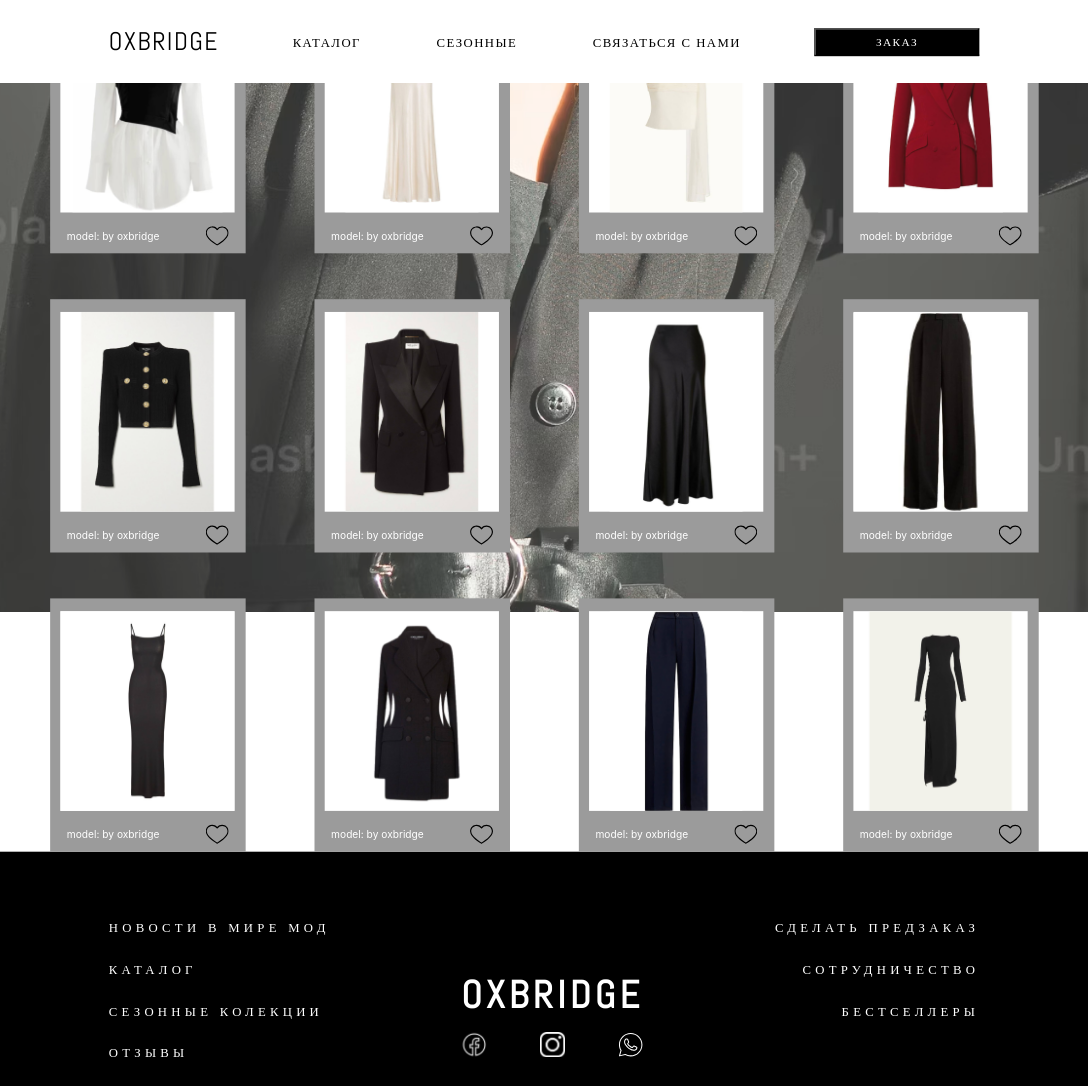
Repository: marjango/oxbridge
Page: /Catalog
The author's editor kept a copy of each file at every save. The page is drawn from the files as they stood at one save, then again after the next save.
The browser window is 1280 px wide. The pictures show the whole page, at 85% of full size.
Some web fonts or font styles are not loaded; a fallback is used. The project was rebuilt for these pictures with package versions that can differ from the ones it lists, and the page was loaded fresh each time. Also part of the build but not shown: src/components/pages/Homepage/homepage.css, src/components/pages/Homepage/homepage.jsx, src/components/pages/Seasonal/style.module.css, src/components/pages/Seasonal/Seasonal.jsx, src/components/pages/Feedback/style.module.css, src/components/pages/Feedback/Feedback.jsx, src/components/pages/Catalog/ProductPage.module.css, src/components/pages/Catalog/ProductPage.jsx.

Above is the page before, as saved 2025-01-24 13:34:55.

### src/index.js
import React from 'react';
import ReactDOM from 'react-dom/client';
import {BrowserRouter} from 'react-router-dom'
import App from './App'; // Главный компонент приложения

const root = ReactDOM.createRoot(document.getElementById('root')); // Связываем React с корневым элементом в HTML
root.render(
  <BrowserRouter>
  <App />
  </BrowserRouter>


);

### src/components/Header.jsx
import React from 'react'
import  './style.css'
import { useState } from 'react';
import {Link} from 'react-router-dom'

export default function Header() {
    const [isMenuOpen, setIsMenuOpen] = useState(false);

    const toggleMenu = () => {
        setIsMenuOpen((prevState) => !prevState);
    };
  return (
    <div>
        <header>
            <nav className='navbar'>
                <div className="container">
                <div className="burger">
                    <div className={`btnBurger ${isMenuOpen ? "open" : ""}`} onClick={toggleMenu}>
                        <span></span>
                        <span></span>
                        <span></span>
                    </div>
                    <div className={`burgerContent ${isMenuOpen ? "open" : ""}`}>
                        <ul>
                            <li>новости в мире мод</li>
                            <li>каталог</li>
                            <li>сезонные колекции</li>
                            <li>отзывы</li>
                            <li>СВЯЗАТЬСЯ С НАМИ</li>
                            <li>СЕЗОННЫЕ</li>
                        </ul>
                    </div>
                </div>

                <Link to='/' className='logo'>OXBRIDGE</Link>
                <ul>
                    <Link className='links' to='/Catalog'>КАТАЛОГ</Link>
                    <Link className='links' to='/Seasonal'>СЕЗОННЫЕ</Link>
                    <Link className='links' to='/Feedback'>СВЯЗАТЬСЯ С НАМИ</Link>
                </ul>
                <button className="navBtn">ЗАКАЗ</button>
                </div>
            </nav>

        </header>
    </div>
  )
}

### src/components/Footer.jsx
import React from 'react'
import './style.css'
import facebook from './img/Facebook.svg'
import inst from './img/Instagram.svg'
import whats from './img/WhatsApp.svg'

export default function Footer() {
  return (
    <footer>
        <div className="footerBox container">
            <div className="links">
                <p>новости в мире мод</p>
                <p>каталог</p>
                <p>сезонные колекции</p>
                <p>отзывы</p>
            </div>
            <div className="socialMedia">
                <h1>OXBRIDGE</h1>
                <div>
                <button><img src={facebook} alt="whatsapp" /></button>
                <button><img src={inst} alt="instagram" /></button>
                <button><img src={whats} alt="facebook" /></button>
                </div>
            </div>
            <div className="links links2">
                <p>сделать предзаказ</p>
                <p>сотрудничество</p>
                <p>бестселлеры</p>
            </div>
        </div>
    </footer>
  )
}

### src/components/Routes.jsx
import React from 'react'
import { Routes, Route, Navigate} from 'react-router-dom'
import Homepage from './pages/Homepage/homepage'
import Catalog from './pages/Catalog/catalog'
import Seasonal from './pages/Seasonal/Seasonal'
import Feedback from './pages/Feedback/Feedback'
import ProductPage from './pages/Catalog/ProductPage';
export default function Routers() {
  return (
        <Routes>
            <Route element={<Navigate to="/home" replace />}/>
            <Route path='/' element={<Homepage/>} />
            <Route path='/Catalog' element={<Catalog/>} />
            <Route path='/Feedback' element={<Feedback/>} />
            <Route path='/Seasonal' element={<Seasonal/>} />
            <Route path="/product/:id" element={<ProductPage />} />
            {/* <Route path='/Order' element={<Order/>} /> */}
        </Routes>
)
}

### src/components/style.css
@charset "UTF-8";
html, body {
  overflow-x: hidden;
  width: 100%;
}

* {
  font-family: "montserrat";
  font-weight: 400;
  margin: 0;
  padding: 0;
  box-sizing: border-box;
}

.container {
  width: 80%;
}

.burger {
  display: none;
}

@media (max-width: 1024px) {
  .burger {
    display: block;
  }
}
.btnBurger {
  z-index: 100;
  display: none;
  width: 50px;
  height: 50px;
  background-color: black;
  position: relative;
}
.btnBurger span {
  height: 2px;
  width: 40px;
  position: absolute;
  background-color: white;
  transition: 0.4s;
}
.btnBurger span:nth-child(3) {
  bottom: 7px;
}
.btnBurger span:nth-child(2) {
  top: 7px;
}
.btnBurger span:nth-child(1) {
  top: 50%;
  transform: translate(0, -50%);
  right: 0;
}

.burgerContent {
  position: fixed;
  top: 0;
  left: 0;
  width: 100%;
  border-top: 1px solid white;
  height: 100%;
  background-color: black;
  transform: translateY(100%);
  transition: transform 1s ease;
  display: flex;
  justify-content: center;
  align-items: center;
}
.burgerContent ul {
  list-style: none;
  padding: 0;
  text-align: center;
}
.burgerContent ul li {
  margin: 10px 0;
  font-size: 1.5rem;
  cursor: pointer;
}

.burgerContent.open {
  transform: translateY(0);
}

.btnBurger.open span:nth-child(1) {
  transform: rotate(45deg) translate(0px, 8px);
}

.btnBurger.open span:nth-child(2) {
  opacity: 0;
}

.btnBurger.open span:nth-child(3) {
  transform: rotate(-45deg) translate(9px, -5px);
}

@media (max-width: 1024px) {
  .container {
    width: 90%;
  }
  .btnBurger {
    display: block;
  }
}
#loading-screen {
  position: fixed;
  z-index: 1000;
  left: 0;
  top: 0;
  width: 100vw;
  height: 100vh;
  border-bottom: 1px white solid;
  display: flex;
  justify-content: center;
  align-items: center;
  background-color: rgb(0, 0, 0);
  animation: slideUp 1s ease-in-out 1.3s forwards; /* Анимация уходит вверх */
}

#loading-screen h1 {
  color: white;
  font-family: "Abel", sans-serif;
  font-size: 70px;
  letter-spacing: 10px;
  font-weight: 900;
}

@keyframes slideUp {
  0% {
    transform: translateY(0);
  }
  100% {
    transform: translateY(-100%);
  }
}
@keyframes fadeOut {
  0% {
    opacity: 1;
  }
  100% {
    opacity: 0;
  }
}
@keyframes fadeIn {
  0% {
    opacity: 0;
  }
  100% {
    opacity: 1;
    visibility: visible;
  }
}
header .navbar {
  position: fixed;
  width: 100%;
  background-color: white;
  top: 0;
  padding: 30px 0px;
  z-index: 100;
}
header .navbar .container {
  display: flex;
  justify-content: space-between;
  align-items: center;
  letter-spacing: 1.67px;
  margin: 0 auto;
}
header .navbar .container .logo {
  font-family: "abel";
  font-weight: 400;
  font-size: 30px;
  letter-spacing: 1.67px;
  text-decoration: none;
  color: black;
}
header .navbar .container ul {
  display: flex;
  list-style: none;
  gap: 89px;
  font-size: 15px;
  height: -moz-fit-content;
  height: fit-content;
  letter-spacing: 1.67px;
}
header .navbar .container ul .links {
  text-decoration: none;
  color: black;
  cursor: pointer;
}
@media (max-width: 1024px) {
  header .navbar .container ul {
    display: none;
  }
}
header .navbar .container button {
  background-color: black;
  color: white;
  padding: 6px 70px;
  cursor: pointer;
  letter-spacing: 1.67px;
}

footer {
  width: 100%;
  background-color: black;
  padding: 30px 0;
}
footer .footerBox {
  display: flex;
  margin: 0px auto;
  padding-top: 50px;
  justify-content: space-between;
}
footer .footerBox .links {
  text-transform: uppercase;
  color: white;
  letter-spacing: 5px;
  display: flex;
  flex-direction: column;
  gap: 30px;
  font-size: 15px;
}
footer .footerBox .socialMedia {
  margin-top: 60px;
}
footer .footerBox .socialMedia h1 {
  font-family: "abel";
  font-weight: 900;
  color: white;
  font-size: 45px;
  letter-spacing: 5px;
}
footer .footerBox .socialMedia div {
  display: flex;
  justify-content: space-between;
  margin-top: 15px;
}
footer .footerBox .socialMedia div button {
  background-color: transparent;
  border: none;
}
footer .footerBox .socialMedia div button img {
  width: 30px;
  height: 30px;
}
footer .footerBox .links2 {
  text-align: right;
}

@media (max-width: 768px) {
  footer .footerBox {
    flex-direction: column;
    position: relative;
    align-items: center;
    text-align: center;
    padding-top: 250px;
    gap: 30px;
  }
  footer .footerBox .socialMedia {
    position: absolute;
    top: 30px;
    left: 50%;
    transform: translate(-50%, -50%);
  }
  footer .footerBox .socialMedia h1 {
    font-size: 75px;
    font-weight: 400;
  }
  footer .footerBox .socialMedia div button {
    width: 50px;
    height: 50px;
  }
  footer .footerBox .socialMedia div button img {
    width: 50px;
    height: 50px;
  }
  footer .footerBox .links {
    text-align: center;
  }
}/*# sourceMappingURL=style_20250114202749.css.map */

### src/components/pages/Catalog/catalog.jsx
import s from './catalog.module.css';
import React from 'react';
import { useNavigate } from 'react-router-dom';
import products from './products';

const Catalog = () => {
  const navigate = useNavigate();

  const handleCardClick = (id) => {
    navigate(`/product/${id}`);
  };

  return (
    <section className={s.catalog}>
      <div className={s.catalogContainer}>
        {products.map((product) => (
          <article className={s.card} key={product.id} onClick={() => handleCardClick(product.id)}>
            <div className={s.cardImg}>
              <img src={product.image} alt={`${product.name}`} />
            </div>
            <div className={s.cardFooter}>
              <h1>{product.name}</h1>
              <span className={s.heartIcon}></span>
            </div>
          </article>
        ))}
      </div>
    </section>
  );
};

export default Catalog;

### src/components/pages/Catalog/catalog.module.css
.catalog {
  width: 100%;
  min-height: 100vh;
  margin: 0 auto;
}
.catalog .catalogContainer {
  position: relative;
  z-index: 2;
  width: -moz-fit-content;
  width: fit-content;
  display: grid;
  grid-template-columns: repeat(4, 1fr);
  -moz-column-gap: 81px;
       column-gap: 81px;
  row-gap: 54px;
  margin: 0 auto;
}
.catalog .catalogContainer .card {
  width: 230px;
  height: auto;
  display: flex;
  flex-direction: column;
  align-items: center;
  gap: 14px;
  background-color: #9B9B9B;
  transition: transform 0.2s ease, box-shadow 0.2s ease;
  padding: 15px 0 7px 0;
}
.catalog .catalogContainer .card .cardImg {
  width: 205px;
  height: 235px;
  overflow: hidden;
  background-color: white;
}
.catalog .catalogContainer .card .cardImg img {
  -o-object-fit: cover;
     object-fit: cover;
  -o-object-position: center;
     object-position: center;
  width: 100%;
  height: 100%;
}
.catalog .catalogContainer .card .cardFooter {
  display: flex;
  justify-content: space-between;
  align-items: center;
  width: 190px;
}
.catalog .catalogContainer .card h1 {
  font-family: "Inter";
  font-size: 12px;
  text-transform: lowercase;
  color: white;
}
.catalog .catalogContainer .card .heartIcon {
  width: 27px;
  height: 27px;
  background-image: url(./img/heart.svg);
  background-size: contain;
  background-repeat: no-repeat;
  background-color: transparent;
}
.catalog .catalogContainer .card .heartIcon:hover {
  transform: scale(1.3);
}
.catalog .catalogContainer .card:hover {
  transform: scale(1.05);
  box-shadow: 0 4px 10px rgba(0, 0, 0, 0.2);
}

.catalog::before {
  content: "";
  position: absolute;
  top: 0;
  left: 0;
  width: 100%;
  height: 100%;
  background: url(./img/wall.avif) no-repeat center;
  background-size: auto;
  z-index: 1;
  opacity: 0.8;
}/*# sourceMappingURL=catalog.module_20250124133455.css.map */

### src/components/pages/Catalog/products.js
import img1 from './img/1.png'
import img2 from './img/2.png'
import img3 from './img/3.png'
import img4 from './img/4.png'
import img5 from './img/5.png'
import img6 from './img/6.png'
import img7 from './img/7.png'
import img8 from './img/8.png'
import img9 from './img/9.png'
import img10 from './img/10.png'
import img11 from './img/11.png'
import img12 from './img/12.png'

const products = [
  {
    id: 1,
    price: 30000,
    name: "model: by oxbridge",
    image: img1,
    material: "креп",
  },
  {
    id: 2,
    price: 30000,
    name: "model: by oxbridge",
    image: img2,
    material: "шелк",
  },
  {
    id: 3,
    price: 30000,
    name: "model: by oxbridge",
    image: img3,
    material: "креп",
  },
  {
    id: 4,
    price: 30000,
    name: "model: by oxbridge",
    image: img4,
    material: "креп",
  },
  {
    id: 5,
    price: 30000,
    name: "model: by oxbridge",
    image: img5,
    material: "креп",
  },
  {
    id: 6,
    price: 30000,
    name: "model: by oxbridge",
    image: img6,
    material: "креп",
  },
  {
    id: 7,
    price: 30000,
    name: "model: by oxbridge",
    image: img7,
    material: "креп",
  },
  {
    id: 8,
    price: 30000,
    name: "model: by oxbridge",
    image: img8,
    material: "креп",
  },
  {
    id: 9,
    price: 30000,
    name: "model: by oxbridge",
    image: img9,
    material: "креп",
  },
  {
    id: 10,
    price: 30000,
    name: "model: by oxbridge",
    image: img10,
    material: "креп",
  },
  {
    id: 11,
    price: 30000,
    name: "model: by oxbridge",
    image: img11,
    material: "креп",
  },
  {
    id: 12,
    price: 30000,
    name: "model: by oxbridge",
    image: img12,
    material: "креп",
  }
  ];

  export default products;

Loaded but not shown: public/index.html (common file); src/App.js (common file)

After the next save:
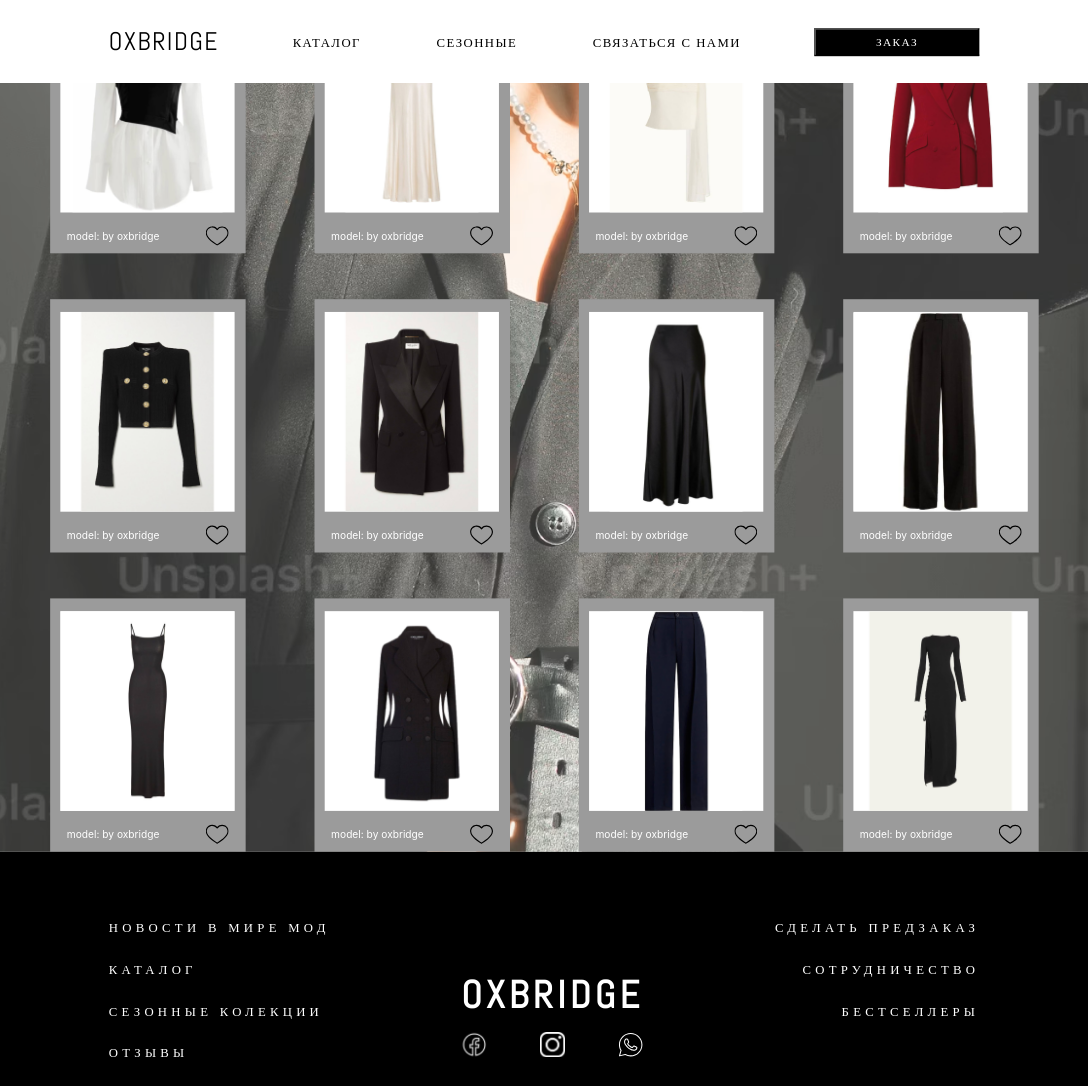
Saved 10 s later.
--- a/src/components/pages/Catalog/catalog.module.css
+++ b/src/components/pages/Catalog/catalog.module.css
@@ -2,6 +2,7 @@
   width: 100%;
   min-height: 100vh;
   margin: 0 auto;
+  position: relative;
 }
 .catalog .catalogContainer {
   position: relative;
@@ -79,4 +80,4 @@
   background-size: auto;
   z-index: 1;
   opacity: 0.8;
-}/*# sourceMappingURL=catalog.module_20250124133455.css.map */
+}/*# sourceMappingURL=catalog.module_20250124133505.css.map */
